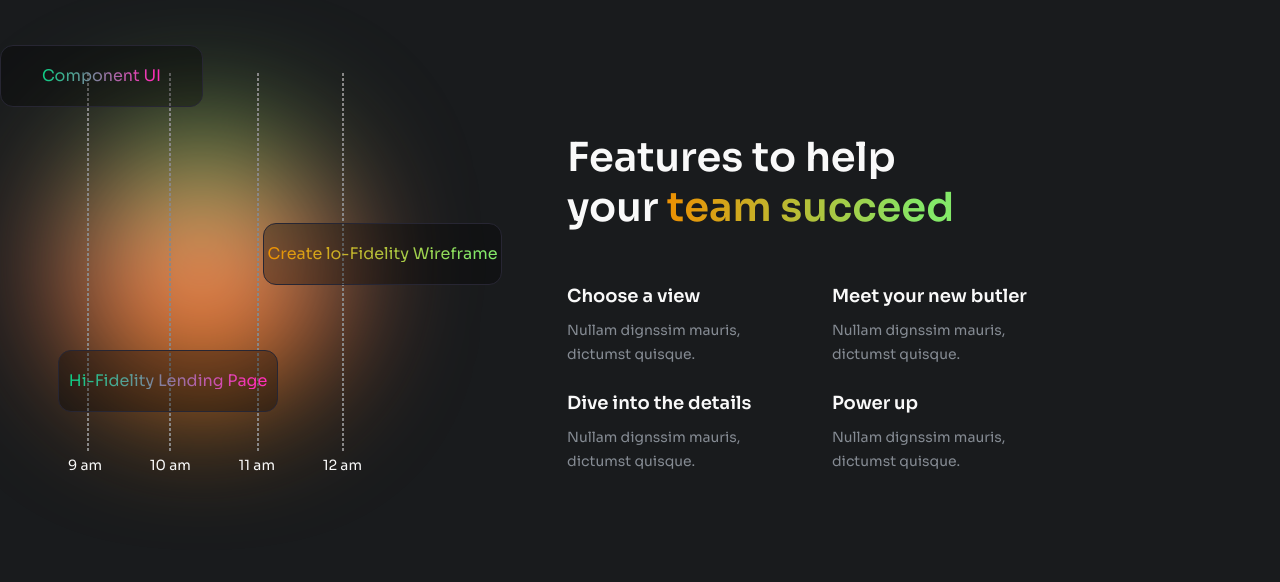
Repository: anhthiethumg/Task_Managerment_Website
Page: index.html
The author's editor kept a copy of each file at every save. The page is drawn from the files as they stood at one save, then again after the next save.
The browser window is 1280 px wide. The pictures show the part of the page from y = 2400 to 3016 px (the page is 2982 px tall before and 3016 px after).
A picture or video elsewhere on the page could not be fetched, so the positions and the page height are approximate.

Above is the page before, as saved 2023-07-31 09:13:07.

### index.html
<!DOCTYPE html>
<html lang="en">
  <head>
    <meta charset="UTF-8" />
    <meta name="viewport" content="width=device-width, initial-scale=1.0" />
    <title>Task Managerment Website</title>
    <!-- Reset Css -->
    <link rel="stylesheet" href="./assets/css/reset.css" />

    <!-- CSS -->
    <link rel="stylesheet" href="./assets/css/styles.css" />

    <!-- Embed Font-->

    <link rel="preconnect" href="https://fonts.googleapis.com" />
    <link rel="preconnect" href="https://fonts.gstatic.com" crossorigin />
    <link
      href="https://fonts.googleapis.com/css2?family=Sora:wght@400;600;700;800&display=swap"
      rel="stylesheet"
    />
  </head>
  <body>
    <!-- Header -->
    <section class="header">
      <div class="container">
        <navbar class="row nav">
          <img src="./assets/image/logo.svg" alt="Task." />
          <div class="nav-list">
            <a class="nav-item" href="#!">Home</a>
            <a class="nav-item" href="#!">Products</a>
            <a class="nav-item" href="#!">Guidlines</a>
            <a class="nav-item" href="#!">Guidlines</a>
          </div>
          <button class="btn nav-btn">Sign In</button>
        </navbar>
        <section class="hero">
          <div class="row hero__content">
            <div class="stacked-circles">
              <div class="circles"></div>
              <div class="circles"></div>
              <div class="circles"></div>
              <div class="circles"></div>
            </div>
            <div class="hero--content__heading">
              <h1 class="hero__heading">
                Make <span class="heading__liner">Management</span> Way More
                Easier Than Ever
              </h1>
              <p class="hero__desc section-desc">
                The online collaborative management platform to bring more
                efficiency and performace
              </p>
              <div class="hero-btn row">
                <button type="button" class="btn hero__btn">
                  Request Demo
                </button>
                <button type="button" class="btn hero__btn">Contact Us</button>
              </div>
            </div>
            <div class="stacked-circles">
              <div class="circles"></div>
              <div class="circles"></div>
              <div class="circles"></div>
              <div class="circles"></div>
            </div>
          </div>
          <section class="task-manager row">
            <sidebar class="sidebar">
              <div class="row sidebar__header">
                <img
                  src="./assets/icons/icon-sidebar.svg"
                  alt="icon-sidebar"
                  class="icon__sidebar"
                />
                <img
                  src="./assets/icons/dashboard-icon.svg"
                  alt="dashboard-icon"
                  class="dashboard-icon"
                />
                <h4 class="sidebar__heading">Dashboard</h4>
              </div>
              <div class="sidebar__list">
                <h4 class="sidebar__list--heading">Collections</h4>
                <div class="sidebar__list--item">
                  <h5 class="sidebar__item--content">School</h5>
                </div>
                <div class="sidebar__list--item">
                  <h5 class="sidebar__item--content">Personal</h5>
                </div>
              </div>
            </sidebar>
            <section class="task-manager__section">
              <div class="task__header row">
                <img src="./assets/icons/school.png" alt="Back" class="back" />
                <img
                  src="./assets/icons/contact us icon.png"
                  alt="Contact"
                  class="contact-us"
                />
              </div>
              <div class="task__content row">
                <div class="list--work">
                  <div class="list-sort">Sort</div>
                  <div class="work--item">Finish the Easay collaboration</div>
                  <div class="work--item">Do the math for next monday</div>
                  <div class="work--item">
                    Read the next chapter of the book
                  </div>
                  <div class="work--item">
                    Send the collabaration files to jerusha
                  </div>
                  <div class="work--item">
                    Finish the powerpoint presentation
                  </div>
                  <div class="work--item">Add task</div>
                </div>
                <div class="daily-task">
                  <div class="dailytask__heading">Daily task.</div>
                  <img
                    class="dailytask__img"
                    src="./assets/image/Rectangle 50.png"
                    alt="Daily task"
                  />
                </div>
              </div>
              <div class="card">
                <div class="card__heading">Collections</div>
                <div class="card__list">
                  <div class="card__item">
                    <div class="card__item--icon"></div>
                    <div class="card__item--content">
                      <h4 class="card__item--title">School</h4>
                      <p class="card__item--desc">4 task plus tomorrow.</p>
                    </div>
                  </div>
                  <div class="card__item">
                    <div class="card__item--icon"></div>
                    <div class="card__item--content">
                      <h4 class="card__item--title">Personal</h4>
                      <p class="card__item--desc">1 task plus today.</p>
                    </div>
                  </div>
                  <div class="card__item">
                    <div class="card__item--icon"></div>
                    <div class="card__item--content">
                      <h4 class="card__item--title">Design</h4>
                      <p class="card__item--desc">3 task plus rewt week.</p>
                    </div>
                  </div>
                </div>
              </div>
            </section>
          </section>
        </section>
      </div>
    </section>

    <!-- Main -->
    <main class="main">
      <div class="container">
        <!-- Services -->
        <section class="services">
          <div class="services__icon--list">
            <div class="services__icon--bg">
              <img
                src="./assets/icons/report.png"
                alt="Report"
                class="services__icon"
              />
            </div>
            <img src="./assets/icons/dash line-1.svg" alt="dash-line" />
            <div class="services__icon--bg">
              <img
                src="./assets/icons/server.png"
                alt="Server"
                class="services__icon"
              />
            </div>

            <img src="./assets/icons/dash line-1.svg" alt="dash-line" />
            <div class="services__icon--bg">
              <img
                src="./assets/icons/support.png"
                alt="Support"
                class="services__icon"
              />
            </div>
          </div>
          <div class="services__list row">
            <div class="services__items">
              <h3 class="services__heading">Structured Reports</h3>
              <p class="services__desc">
                Sed rhoncus sit sed tellus donec lorem lectus nunc, ornare
              </p>
            </div>
            <div class="services__items">
              <h3 class="services__heading">Cloud System</h3>
              <p class="services__desc">
                Sed rhoncus sit sed tellus donec lorem lectus nunc, ornare
              </p>
            </div>
            <div class="services__items">
              <h3 class="services__heading">24/7 Support</h3>
              <p class="services__desc">
                Sed rhoncus sit sed tellus donec lorem lectus nunc, ornare
              </p>
            </div>
          </div>
        </section>

        <!-- Static -->

        <section class="static row">
          <section class="static__content">
            <h2 class="static__heading section__heading">
              Okay, <span class="heading__liner">Let’s</span> see D’task in
              numbers
            </h2>
            <p class="static__desc section__desc">
              Powering a productive team means using a powerful tool (and plenty
              of snacks). From meetings and projects to events and goal setting,
              D'taak intuitive features give any team the ability to quickly set
              up and customize workflows for just about anything
            </p>
            <div class="static__dot row">
              <div class="dot"></div>
              <div class="dot"></div>
              <div class="dot"></div>
            </div>
            <div class="static__list row">
              <div class="static__item">
                <div class="static--item__number">12M</div>
                <div class="static--item__title">Support</div>
              </div>
              <div class="static__item">
                <div class="static--item__number">16</div>
                <div class="static--item__title">Active User</div>
              </div>
              <div class="static__item">
                <div class="static--item__number">7/24</div>
                <div class="static--item__title">Languages</div>
              </div>
            </div>
          </section>
          <div class="static__media">
            <img
              class="static--media__bg"
              src="./assets/image/static_background.svg"
              alt="background"
            />
            <div class="dash-shape"></div>
            <div class="dash-shape"></div>
            <div class="dash-shape"></div>
            <div class="dash-shape"></div>
            <!-- <div class="static--media__item row">
              <h3 class="static--media__title ">
                <span class="heading__liner">Online Support</span>
              </h3>
              <img class="static--media__icons" src = "./assets/icons/video-button.svg"/>
            </div>
            <div class="static--media__item row">
              <h3 class="static--media__title ">
                <span class="heading__liner">Exercitation</span>
              </h3>
              <img class="static--media__icons" src = "./assets/icons/Exercitation-icon.svg"/>
            </div>
            <div class="static--media__item row">
              <h3 class="static--media__title ">
                <span class="heading__liner">D’ task</span>
              </h3>
              <img class="static--media__icons" src = "./assets/icons/video-button.svg"/>
            </div>
            <div class="static--media__item row">
              <h3 class="static--media__title ">
                <span class="heading__liner">Design</span>
              </h3>
              <img class="static--media__icons" src = "./assets/icons/video-button.svg"/>
            </div> -->
          </div>
        </section>
      </div>
      <!-- Features -->
      <section class="features">
        <div class="container row">
          <div class="feature__meida">
            <div class="shape--blur"></div>
            <div class="block--line">
              <div class="dash--line">
                <div class="line"></div>
                <div class="dash-line__content">9 am</div>
              </div>
              <div class="dash--line">
                <div class="line"></div>
                <div class="dash-line__content">10 am</div>
              </div>
              <div class="dash--line">
                <div class="line"></div>
                <div class="dash-line__content">11 am</div>
              </div>
              <div class="dash--line">
                <div class="line"></div>
                <div class="dash-line__content">12 am</div>
              </div>
            </div>
            <div class="feature--btn">
              <div class="feature__btn btn">
                <span class="heading__liner"> Component UI </span>
              </div>
              <div class="feature__btn btn">
                <span class="heading__liner">
                  Create lo-Fidelity Wireframe
                </span>
              </div>
              <div class="feature__btn btn">
                <span class="heading__liner"> Hi-Fidelity Lending Page </span>
              </div>
            </div>
          </div>
          <div class="feature__content">
            <h2 class="section__heading feature__heading">
              Features to help your
              <span class="heading__liner"> team succeed </span>
            </h2>
            <div class="feature__list">
              <div class="feature__item">
                <h3 class="feature--item__title">Choose a view</h3>
                <p class="feature__desc">
                  Nullam dignssim mauris, dictumst quisque.
                </p>
              </div>
              <div class="feature__item">
                <h3 class="feature--item__title">Meet your new butler</h3>
                <p class="feature__desc">
                  Nullam dignssim mauris, dictumst quisque.
                </p>
              </div>
              <div class="feature__item">
                <h3 class="feature--item__title">Dive into the details</h3>
                <p class="feature__desc">
                  Nullam dignssim mauris, dictumst quisque.
                </p>
              </div>
              <div class="feature__item">
                <h3 class="feature--item__title">Power up</h3>
                <p class="feature__desc">
                  Nullam dignssim mauris, dictumst quisque.
                </p>
              </div>
            </div>
          </div>
        </div>
      </section>
    </main>
  </body>
</html>

### assets/css/styles.css
* {
  box-sizing: border-box;
}

html {
  font-size: 62.5%;
}

:root {
  color: var(--text-color-gray-2, #282c30);
  color: var(--text-color-white, #f9f9f9);
  color: var(
    --primary-color-leniar-color,
    linear-gradient(90deg, #eb9204 1.67%, #83e868 89.99%)
  );
  color: var(--primary-color-background, #131517);
  color: var(--text-color-dark-blue, #272633);
}

body {
  font-size: 1.6rem;
  font-family: "Sora", sans-serif;
  background: var(--primary-color-background, #131517);
}

/* Common */

a {
  text-decoration: none;
}

.container {
  width: 1144px;
  margin: 0 auto;
}

.row {
  display: flex;
}

.btn {
  width: 110px;
  height: 40px;
  border-radius: 8px;
  border: 1px solid var(--text-color-dark-blue, #272633);
  background: #131517;
  text-align: center;
}

.section__desc {
  color: var(--text-color-gray-1, #858b93);
  text-align: center;
  font-size: 1.6rem;
  font-weight: 400;
  line-height: 1.625;
}

.section__heading {
  color: var(--text-color-white, #f9f9f9);
  font-size: 4rem;
  font-weight: 600;
}
/* Header */

.header {
  margin-top: 40px;
  margin-bottom: 140px;
  padding-top: 10px;
}

/* Navbar */

.nav {
  justify-content: space-between;
  align-items: center;
  height: 40px;
  margin-bottom: 157px;
}

.nav-item {
  margin-right: 36px;
  color: var(--text-color-gray-1, #858b93);
  font-size: 1.6rem;
  font-weight: 400;
  line-height: 1.5;
}

.nav-item:hover {
  color: var(--text-color-white, #f9f9f9);
  text-decoration: underline;
}

.nav-btn {
  background: var(
    --primary-color-leniar-color,
    linear-gradient(90deg, #eb9204 1.67%, #83e868 89.99%)
  );
  background-clip: text;
  -webkit-background-clip: text;
  -webkit-text-fill-color: transparent;
  font-size: 1.6rem;
  font-weight: 400;
  line-height: 1.5;
}

/* hero-content */
.hero__content {
  padding: 0 25px;
  justify-content: space-between;
}
.hero__heading {
  margin: 0 auto 34px;
  width: 783px;
  color: var(--text-color-white, #f9f9f9);
  text-align: center;
  font-size: 6rem;
  font-weight: 700;
  line-height: 1.17;
}

.heading__liner {
  background: var(
    --primary-color-leniar-color,
    linear-gradient(90deg, #eb9204 1.67%, #83e868 89.99%)
  );
  background-clip: text;
  -webkit-background-clip: text;
  -webkit-text-fill-color: transparent;
}

.hero__desc {
  width: 447px;
  margin: 0 auto 44px;
}

.hero-btn {
  justify-content: center;
  gap: 30px;
}

.hero__btn {
  margin-bottom: 111px;
  width: 199px;
  height: 54px;
  color: var(--text-color-white, #f9f9f9);
  font-size: 1.6rem;
  font-weight: 400;
  line-height: 1.625;
}

.hero__btn:hover {
  background: var(
    --primary-color-leniar-color,
    linear-gradient(90deg, #eb9204 1.67%, #83e868 89.99%)
  );
}

/* hero circle */

.stacked-circles {
  display: flex;
  flex-direction: column;
  align-items: center;
  margin-top: -75px;
}

.circles {
  fill: linear-gradient(180deg, #111118 4.96%, rgba(43, 43, 61, 0) 100%);
  box-shadow: 0px 39px 31px 0px #313141 inset;
  border-radius: 50%;
}
.circles:first-child {
  width: 121px;
  height: 121px;
  margin-bottom: 41px;
}

.circles:nth-child(2) {
  width: 39px;
  height: 39px;
  margin-bottom: 36px;
}

.circles:nth-child(3) {
  width: 25px;
  height: 25px;
  margin-bottom: 39px;
}

.circles:last-child {
  width: 14px;
  height: 14px;
  flex-shrink: 0;
}

/* task manager */

.task-manager {
  width: 848px;
  height: 366px;
  border-radius: 8px 8px 0px 0px;
  background: #1f2326;
  margin-left: 180px;
}

.sidebar {
  padding: 18px 0 0 16px;
}

.sidebar__header {
  width: 192px;
  height: 39px;
  align-items: center;
}

.icon__sidebar {
  width: 9px;
  height: 9px;
  margin-right: 25px;
}

.dashboard-icon {
  width: 13px;
  height: 11px;
  margin-right: 17px;
}

.sidebar__heading {
  color: #98989c;
  font-size: 1.4rem;
  font-weight: 600;
}

.sidebar__list--heading {
  margin: 15px 0 15px;
  color: var(--text-color-white, #f9f9f9);
  font-size: 1.4rem;
  font-weight: 600;
}

.sidebar__list--item {
  width: 192px;
  height: 39px;
  display: flex;
  align-items: center;
}

.sidebar__list--item:hover {
  background: #2b2d2f;
}
.sidebar__item--content {
  color: var(--text-color-gray-1, #858b93);
  font-size: 1.2rem;
  font-weight: 600;
  opacity: 0.6000000238418579;
  display: flex;
  align-items: center;
}

.sidebar__item--content::before {
  display: inline-block;
  content: " ";
  width: 17px;
  height: 17px;
  border-radius: 5px;
  background: #ae8ff9;
  margin-right: 10px;
}

.task-manager__section {
  position: relative;
  margin-top: 28px;
  margin-right: 15px;
  background: #0d1012;
  width: 100%;
  padding: 30px;
}

.task__header {
  margin-left: 140px;
  justify-content: space-between;
}

.list--work {
  width: 362px;
  margin-right: 52px;
}

.list-sort {
  color: #838386;
  font-size: 1.2rem;
  font-weight: 400;
  text-align: right;
  height: 30px;
}

.list-sort::before {
  display: inline-block;
  content: " ";
  width: 10px;
  height: 5px;
  border-radius: 5px;
  margin-right: 10px;
  background-image: url(../icons/sort.svg);
  margin-left: 10px;
}
.work--item {
  display: flex;
  align-items: center;
  margin-bottom: 10px;
  width: 100%;
  height: 30px;
  border-radius: 10px;
  background: #14181b;
  color: #9ea1a7;
  font-size: 1rem;
  font-weight: 300;
}

.work--item:before {
  display: inline-block;
  content: " ";
  width: 14px;
  height: 14px;
  border-radius: 5px;
  margin-right: 10px;
  background-image: url(../icons/check.svg);
  margin-left: 10px;
}

.work--item:last-child:before {
  background-image: url(../icons/add.svg);
}

.dailytask__heading {
  color: var(--text-color-white, #f9f9f9);
  font-size: 1.4rem;
  font-weight: 400;
  margin-bottom: 20px;
}

.dailytask__img {
  width: 167px;
  height: 218px;
  flex-shrink: 0;
  border-radius: 17px;
  background: rgba(13, 16, 18, 0.24);
}

.card {
  position: absolute;
  width: 216px;
  height: 335px;
  border-radius: 15px 15px 22px 22px;
  background: #0d1012;
  padding: 26px 15px;
  left: -295px;
  top: 150px;
}

.card__heading {
  color: #f9f9f9;
  font-size: 1.4rem;
  font-weight: 600;
  margin-left: 10px;
  margin-bottom: 21px;
}

.card__item {
  display: flex;
  align-items: center;
  width: 188px;
  height: 78px;
  border-radius: 13px;
  background: #14181b;
  margin-bottom: 8px;
}
.card__item--icon {
  width: 33px;
  height: 33px;
  border-radius: 12px;
  margin: 12px;
}

.card__item:first-child .card__item--icon {
  background: var(--primary-color-dark-orange, #ff7667);
}

.card__item:nth-child(2) .card__item--icon {
  background: var(--primary-color-blue, #ae8ff9);
}

.card__item:last-child .card__item--icon {
  background: var(--primary-color-green, #0cce84);
}

.card__item--title {
  color: #fff;
  font-size: 1.4rem;
  font-weight: 600;
  margin-bottom: 3px;
}

.card__item--desc {
  color: var(--text-color-gray-1, #858b93);
  font-size: 1rem;
  font-weight: 400;
}

/* services */

.services {
  padding: 41px 50px 53px 50px;
  margin-top: 286px;
  margin-bottom: 140px;
  width: 1096px;
  height: 331px;
  border-radius: 27px;
  background: var(--text-color-gray-2, #282c30);
}

.services__icon--list {
  display: flex;
  align-items: center;
  justify-content: space-around;
  margin: 30px 50px;
}

.services__icon--bg {
  background: var(--primary-color-green, #0cce84);
  width: 62px;
  height: 62px;
  border-radius: 50%;
  display: flex;
  align-items: center;
  justify-content: center;
}

.services__icon--bg:nth-child(2) {
  background: var(--primary-color-dark-yellow, #ef8f00);
}

.services__icon--bg:last-child {
  background: var(--primary-color-blue, #ae8ff9);
}
.services__icon {
  width: 32px;
  height: 32px;
}

.services__list {
  justify-content: space-between;
}

.services__items {
  width: 238px;
  text-align: center;
}

.services__heading {
  color: var(--text-color-white, #f9f9f9);
  font-size: 2.2rem;
  font-weight: 600;
  line-height: 1.45;
}

.services__desc {
  color: #858b93;
  font-size: 1.6rem;
  font-weight: 400;
  line-height: 1.625;
}

/* Static */
.static__content {
  width: 537px;
  margin-bottom: 140px;
}
.static__heading {
  width: 368px;
  margin-bottom: 22px;
}

.static__desc {
  width: 537px;
  height: 106px;
  text-align: left;
  margin-bottom: 86px;
}

.static__dot {
  gap: 6px;
  justify-content: center;
  margin-bottom: 28px;
  margin-left: -105px;
}
.dot {
  width: 6px;
  height: 6px;
  border-radius: 50%;
  background: #838386;
}

.dot:nth-child(2) {
  background: #ef8f00;
}

.static__list {
  gap: 17px;
}
.static__item {
  text-align: center;
  padding-top: 21px;
  width: 132px;
  height: 127px;
  border-radius: 9px;
  background: var(--text-color-dark-blue, #272633);
}

.static__item:nth-child(odd) {
  margin-top: -30px;
}

.static__item:nth-child(2) {
  background: linear-gradient(
    191deg,
    #c4f566 7.35%,
    #ae8ef9 28.41%,
    #ef8f00 60.81%,
    #61e559 100%
  );
}

.static__item:nth-child(2) .static--item__title {
  color: var(--text-color-white, #f9f9f9);
}
.static--item__number {
  color: var(--text-color-white, #f9f9f9);
  font-size: 3rem;
  font-weight: 600;
  margin-bottom: 16px;
}

.static--item__title {
  color: var(--text-color-gray-1, #858b93);
  font-size: 1.6rem;
  font-weight: 400;
  line-height: 1.625;
}

.static__media {
  position: relative;
}

.static--media__bg {
  position: absolute;
}
.dash-shape {
  position: absolute;
  width: 455px;
  height: 455px;
  border-radius: 455px;
  border: 2px dashed #2f2f2f;
  top: 50px;
  left: 50px;
}

.dash-shape:nth-child(2) {
  width: 336px;
  height: 336px;
  top: 110px;
  left: 110px;
}

.dash-shape:nth-child(3) {
  width: 209px;
  height: 209px;
  background: #6aea5c;
  opacity: 0.5;
  border: 2px solid #6aea5c;
  top: 170px;
  left: 170px;
}

.dash-shape:nth-child(4) {
  width: 137px;
  height: 137px;
  background: #6aea5c;
  border: 2px solid #6aea5c;
  top: 205px;
  left: 205px;
}
/*
.static--media__item {
  position: absolute;
  justify-content: space-between;
  align-items: center;
  width: 225px;
  height: 61px;
  border-radius: 5px;
  background: #27292c;
  padding: 20px;

}

.static--media__item:nth-child(1) {
  top: 50px;
  left: 150px;
}
.static--media__item:nth-child(2) {
  top: 450px;
  left: 150px;
}
.static--media__item:nth-child(3) {
  top: 150px;
  left: 10px;
}
.static--media__item:nth-child(4) {
  top: 150px;
  left: 150px;
} */

/* Feature */
.features {
  background: #191b1d;
  padding: 153px 0 85px 0;
}

.feature__meida {
  position: relative;
  margin-right: 232px;
}
.shape--blur {
  width: 267px;
  height: 267px;
  border-radius: 267px;
  background: linear-gradient(180deg, #6aea5c 0%, #fd7566 48.53%, #ef8f00 100%);
  filter: blur(66px);
}

.block--line {
  position: absolute;
  top: -60px;
  width: 294px;
  height: 378px;
  display: flex;
  justify-content: space-between;
}

.line {
  height: 100%;
  width: 1px;
  border: 1px dashed #888787;
  align-items: center;
  margin-left: 19px;
  margin-bottom: 7px;
}

.dash-line__content {
  color: #f9f9f9;
  font-size: 1.4rem;
  font-weight: 400;
}

.feature--btn {
  position: relative;
}

.feature__btn {
  position: absolute;
  border-radius: 13px;
  height: 62px;
  background: rgba(0, 0, 0, 0.32);
  display: flex;
  justify-content: center;
  align-items: center;
}

.feature__btn:nth-child(1) {
  top: -355px;
  left: -68px;
  width: 203px;
}

.feature__btn:nth-child(2) {
  width: 239px;
  top: -177px;
  left: 195px;
}
.feature__btn:nth-child(3) {
  width: 220px;
  top: -50px;
  left: -10px;
}

.feature__btn:nth-child(1) .heading__liner,
.feature__btn:nth-child(3) .heading__liner {
  background: linear-gradient(90deg, #0cce84 0%, #ff2eb8 94.43%);
  background-clip: text;
  -webkit-background-clip: text;
  -webkit-text-fill-color: transparent;
}

.feature__heading {
  width: 399px;
  line-height: 1.25;
}

.feature__heading {
  margin-bottom: 50px;
}

.feature__list {
  display: grid;
  grid-template-columns: 1fr 1fr;
}

.feature__item {
  margin-right: 70px;
}

.feature__item::before{
  content: " ";

}

.feature--item__title {
  color: var(--text-color-white, #f9f9f9);
  font-size: 1.8rem;
  font-weight: 600;
  line-height: 1.55;
  margin-bottom: 8px;
}

.feature__desc {
  width: 176px;
  color: var(--text-color-gray-1, #858b93);
  font-size: 1.4rem;
  font-weight: 400;
  line-height: 1.71;
  margin-bottom: 23px;
}

Loaded but not shown: assets/css/reset.css (common file)

After the next save:
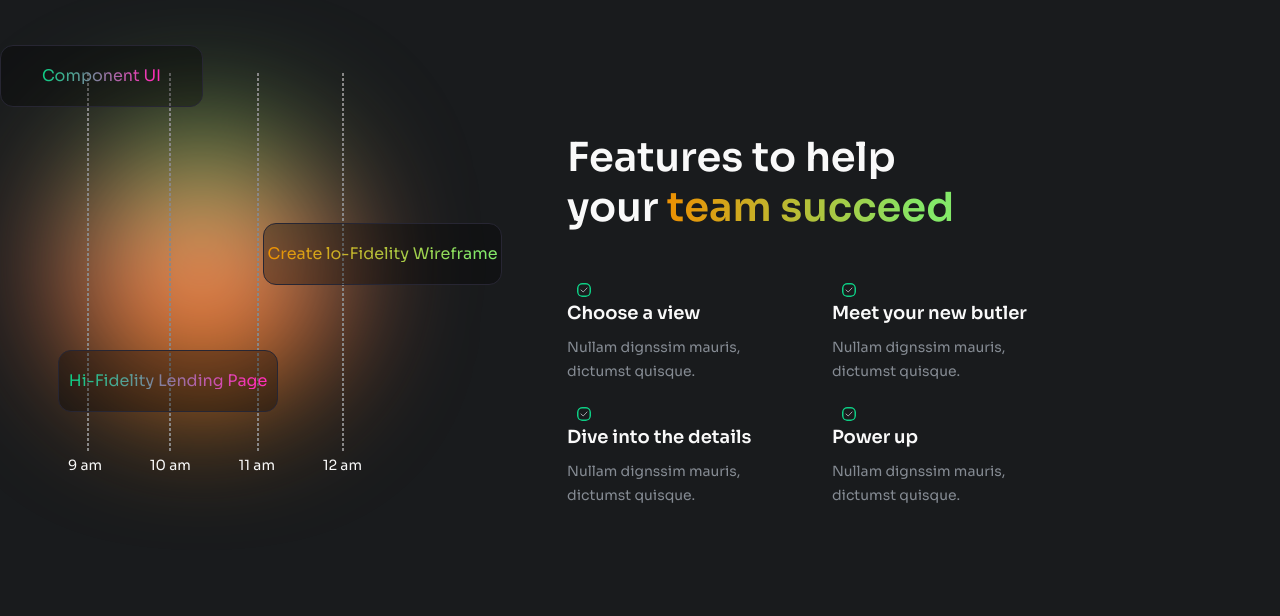
Saved 36 s later.
--- a/assets/css/styles.css
+++ b/assets/css/styles.css
@@ -720,7 +720,14 @@ a {
 }
 
 .feature__item::before{
+  display: inline-block;
   content: " ";
+  width: 14px;
+  height: 14px;
+  border-radius: 5px;
+  margin-right: 10px;
+  background-image: url(../icons/check.svg);
+  margin-left: 10px;
 
 }
 
